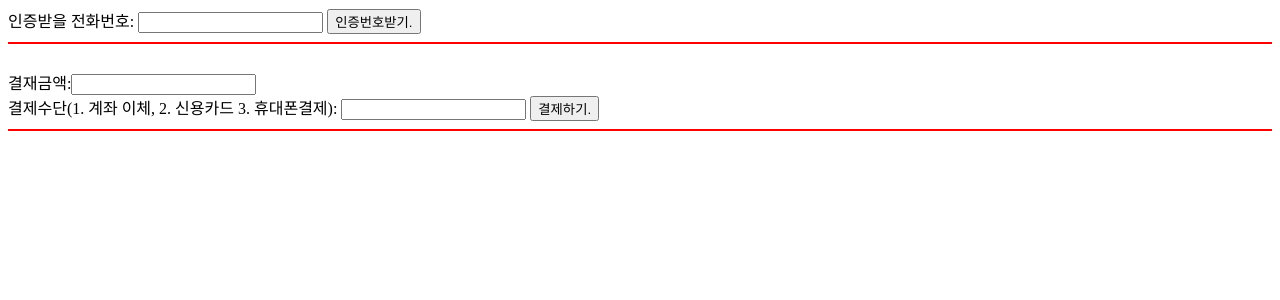
Repository: Yusubin/springEx
Page: http://localhost/spring04/ajax1.jsp
These files come from the project's save history. The page is drawn as it stood at one moment and after the next save; the edit follows.
The browser window is 1280 px wide. The pictures show the whole page.
The page is served by Tomcat 9. Other server files are loaded and not shown.

Above is the page before, as saved 2022-02-17 08:50:12.

### spring04/src/main/webapp/ajax1.jsp
<%@ page language="java" contentType="text/html; charset=UTF-8"
	pageEncoding="UTF-8"%>

<!DOCTYPE html>
<html>
<head>
<meta charset="UTF-8">
<script src="https://ajax.googleapis.com/ajax/libs/jquery/3.6.0/jquery.min.js"></script>
<title>Insert title here</title>

<script>
$(function(){

	$('#b1').click(function(){
		$.ajax({
			url:"ajax1",
			data:{
				phone: $('#tel').val()
			},
			success: function(x){
				$('#result').html('인증번호는'+x)
			},
			error: function(){
				alert('실패!');
			},

		});
	});



	$('#b2').click(function(y){
		$.ajax({
			url:"ajax2",
			data:{
				money:$('#money').val(),
				payment: $('#choice').val()

			},
			success: function(m){
				$('#result1').html("결재할금액은:"+m)
			},
			error: function(){
				alert('실패!');
			},

		});
	});

});
</script>
</head>
<body>

인증받을 전화번호:
<input type="text" id="tel">
<button id="b1">인증번호받기.</button><br>
<hr color="red"><br>
결재금액:<input type="text" id="money"><br>
결제수단(1. 계좌 이체, 2. 신용카드 3. 휴대폰결제): <input type="text" id="choice">
<button id="b2">결제하기.</button><br>

<hr color="red">
<div id="result"></div>
<div id="result1"></div>
</body>
</html>

After the next save:
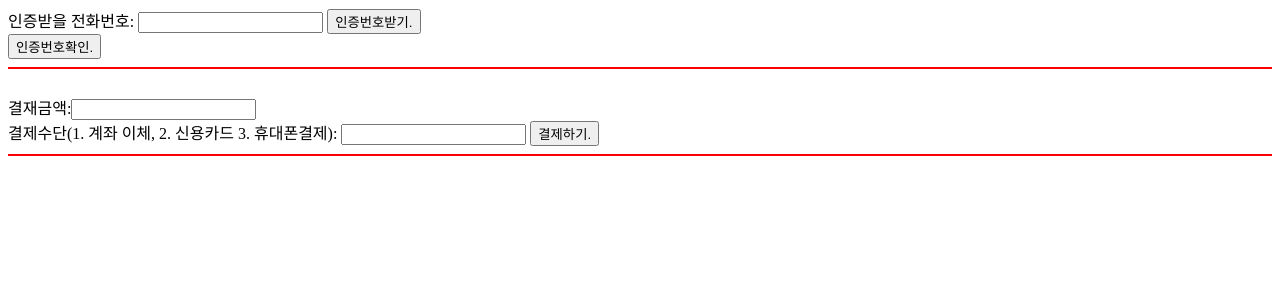
Saved 44 s later.
--- a/spring04/src/main/webapp/ajax1.jsp
+++ b/spring04/src/main/webapp/ajax1.jsp
@@ -55,6 +55,8 @@ $(function(){
 인증받을 전화번호:
 <input type="text" id="tel">
 <button id="b1">인증번호받기.</button><br>
+<button id="b1">인증번호확인.</button><br>
+
 <hr color="red"><br>
 결재금액:<input type="text" id="money"><br>
 결제수단(1. 계좌 이체, 2. 신용카드 3. 휴대폰결제): <input type="text" id="choice">
